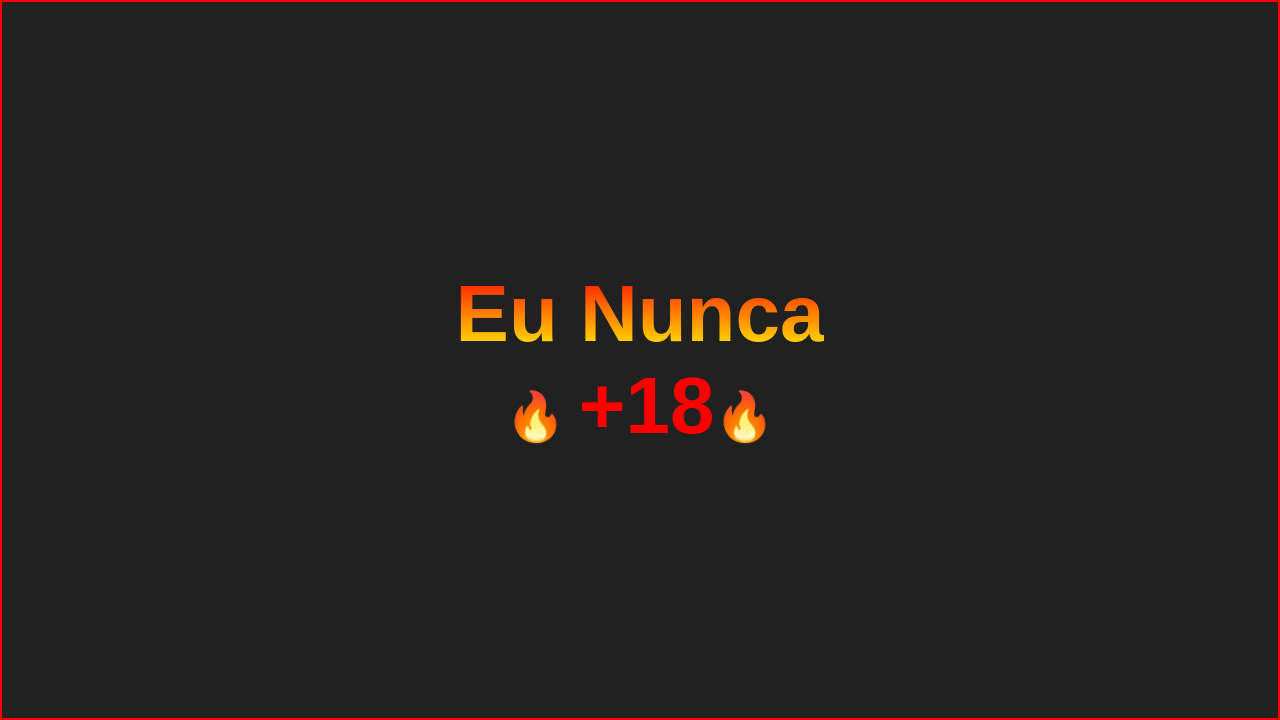
Repository: odiloalmeida/inever
Page: index.html
These files come from the project's save history. The page is drawn as it stood at one moment and after the next save; the edit follows.
The browser window is 1280 px wide. The pictures show the whole page.

Above is the page before, as saved 2023-01-31 20:30:45.

After the next save:
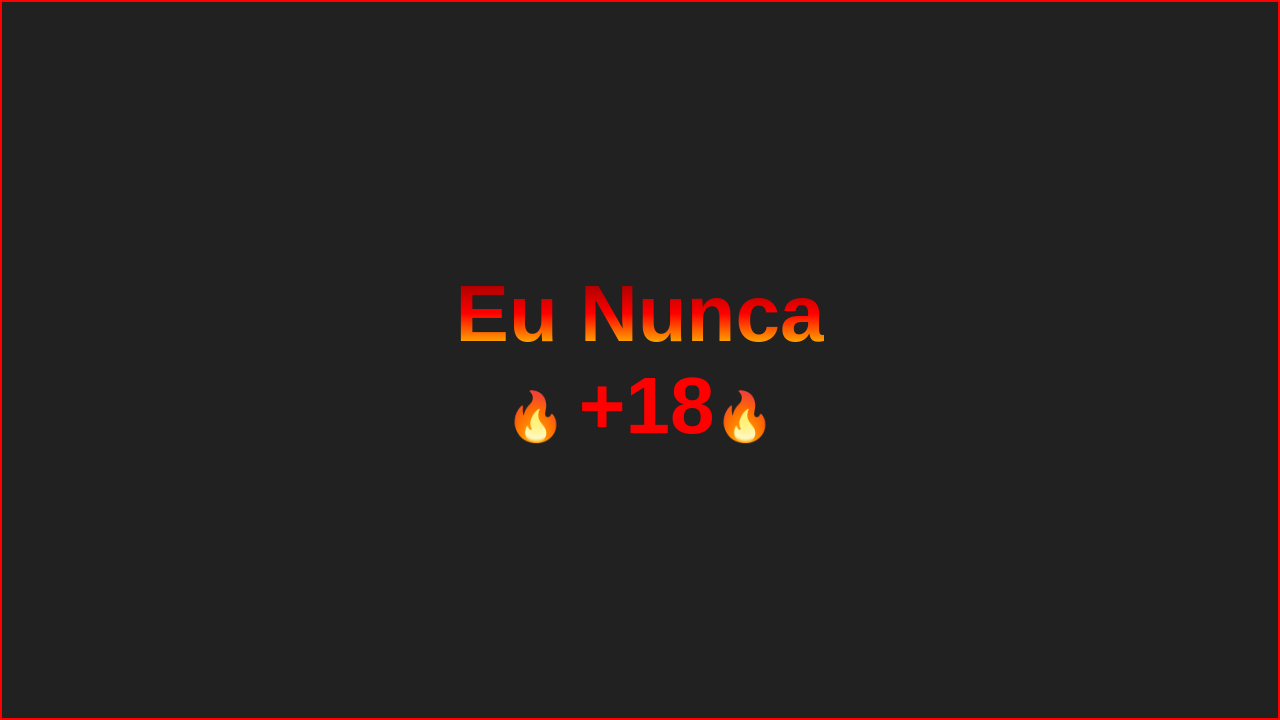
Saved 47 s later.
--- a/style.css
+++ b/style.css
@@ -26,7 +26,7 @@ button {
 }
 
 button span {
-    background-image: linear-gradient(to bottom, red, yellow);
+    background-image: linear-gradient(to bottom,#800000, red, yellow);
     background-clip: text;
     -webkit-background-clip: text;
     -webkit-text-fill-color: transparent;
